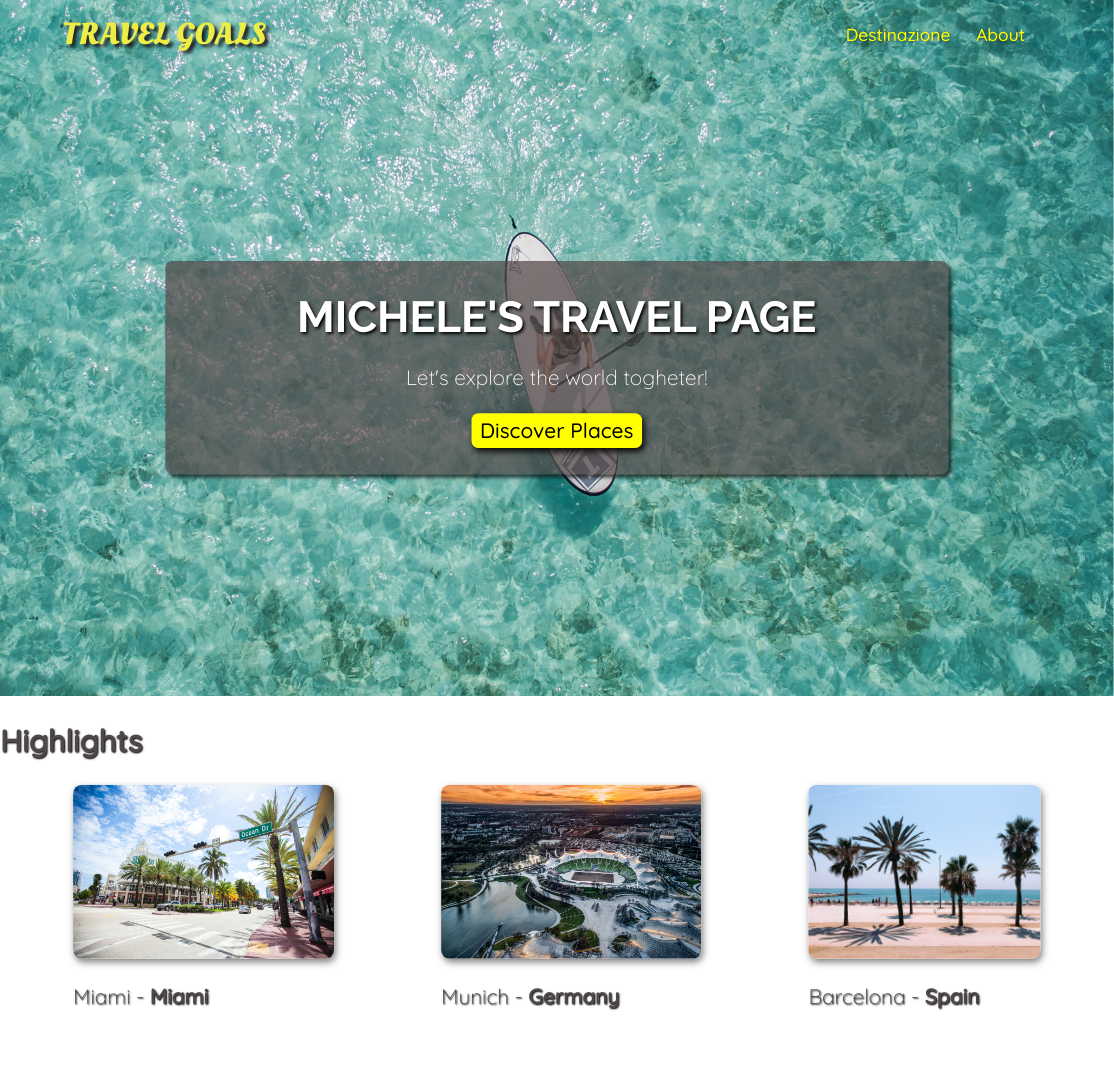
Repository: MicTomm/Travel-Goals
Page: index.html
These files come from the project's save history. The page is drawn as it stood at one moment and after the next save; the edit follows.
The browser window is 1280 px wide. The pictures show the whole page, at 87% of full size.

Above is the page before, as saved 2023-06-05 17:26:05.

### index.html
<!DOCTYPE html>
<html lang="it">

<head>
    <meta charset="UTF-8">
    <title>Travel Goals</title>
    <link rel="stylesheet"
        href="https://fonts.googleapis.com/css2?family=Raleway:wght@700&family=Oleo+Script:wght@700&family=Quicksand:wght@300;500&display=swap">
    <link href="styles/shared.css" rel="stylesheet">
    <link href="styles/main-page-style.css" rel="stylesheet">
</head>

<body>
    <header>
        <div id="logo">
            <a href="/index.html">Travel Goals</a>
        </div>
        <nav>
            <ul>
                <li><a href="/places.html">Destinazione</a></li>
                <li><a href="">About</a></li>
            </ul>
        </nav>
    </header>
    <main>
        <section id="hero-image-section">
            <div id="div-section1">
                <h1>Michele's Travel Page</h1>
                <p>Let's explore the world togheter!</p>
                <a href="/places.html">Discover Places</a>
            </div>
        </section>
        <section id="highlights">
            <h2>Highlights</h2>
            <ul id="destinations">
                <li class="destination">
                    <img src="images/places/miami.jpg" alt="Miami">
                    <p>Miami - <strong>Miami</strong></p>
                </li>
                <li class="destination">
                    <img src="/images/places/munich.jpg" alt="Munich">
                    <p>Munich - <strong>Germany</strong></p>
                </li>
                <li class="destination">
                    <img src="/images/places/barcelona.jpg" alt="Barcelona">
                    <p>Barcelona - <strong>Spain</strong></p>
                </li>
            </ul>
        </section>
    </main>
    <footer></footer>
</body>

</html>

### styles/shared.css
body {
    margin: 0px;
    font-family: 'Quicksand', sans-serif;
}

ul {
    list-style: none;
    padding: 0px;
    margin: 0px;
}

header {
    display: flex;
    justify-content: space-between;
    align-items: center;
    padding: 15px 60px;
    position: absolute;
    width: 100%;
    top: 0;
    left: 0;
    box-sizing: border-box;
}

header ul {
    margin: 10px;
    display: flex;
    justify-content: space-between;
    width: 250px;
}

header li {
    width: 100px;
}

header a {
    color: yellow;
    text-decoration: none;
    font-size: 20px;
    padding: 12px;
    text-shadow: 1px 1px 4px rgba(0, 0, 0, 0.5);
}

header a:hover {
    background-color: yellow;
    box-shadow: 2px 2px 4px rgba(0, 0, 0, 0.5);
    color: rgb(67, 60, 60);
    text-shadow: 1px 1px 2px rgb(0, 0, 0, 0.5);
    border-radius: 8px;
}

#logo a {
    font-family: 'Oleo script', sans-serif;
    font-size: 35px;
    text-decoration: none;
    color: rgb(237, 237, 70);
    text-shadow: 4px 4px 4px rgb(31, 29, 29);
    text-transform: uppercase;
}

#logo a:hover {
    background-color: transparent;

}

### styles/main-page-style.css
#hero-image-section {
    text-align: center;
    background-image: url("/images/places/ocean.jpg");
    background-position: center;
    background-size: cover;
    height: 800px;
    /* padding-top: 100px; (alternativa per spostare div-section1 più in basso)*/
}

#div-section1 {
    background-color: rgba(82, 70, 70, 0.7);
    box-shadow: 4px 4px 4px rgba(18, 18, 18, 0.7);
    width: 900px;
    margin: 0px auto;
    padding: 35px 0;
    border-radius: 8px;
    position: relative;
    top: 300px;
}

#div-section1 h1 {
    font-size: 50px;
    color: white;
    font-family: 'Raleway', sans-serif;
    text-shadow: 2px 2px 4px black;
    text-transform: uppercase;
    margin: 0px;
}

#div-section1 p {
    color: white;
    font-size: 24px;
    font-weight: 300;
    margin-bottom: 32px;
}

#div-section1 a{
 font-size: 24px;
 text-decoration: none;
 color: black;
 border-radius: 8px;
 background-color: yellow;
 padding: 5px 10px;
 box-shadow: 3px 4px 8px black;
}

#div-section1 a:hover{
    background-color: greenyellow;
    text-shadow: 1px 1px 2px rgba(0, 0, 0, 0.5);
}

#highlights ul{
    display: flex;
    width: 90%;
    margin: auto;
    justify-content: space-between;
    margin-bottom: 40px;
}

#highlights li{
   margin: 0px 20px;
}

#highlights img{
    height: 200px;
    box-shadow: 2px 4px 8px rgb(0, 0, 0, 0.5);
    border-radius: 10px;
    width: 100%;
    object-fit: cover;
}

#highlights h2{
    font-size: 35px;
    text-shadow: 1px 1px 2px black;
    color: rgb(79, 72, 72);
}

#highlights p{
    color: rgb(79, 72, 72);
    text-shadow: 1px 1px 2px black;
    font-size: 24px;
    font-weight: 300;
    margin-bottom: 32px;
}

After the next save:
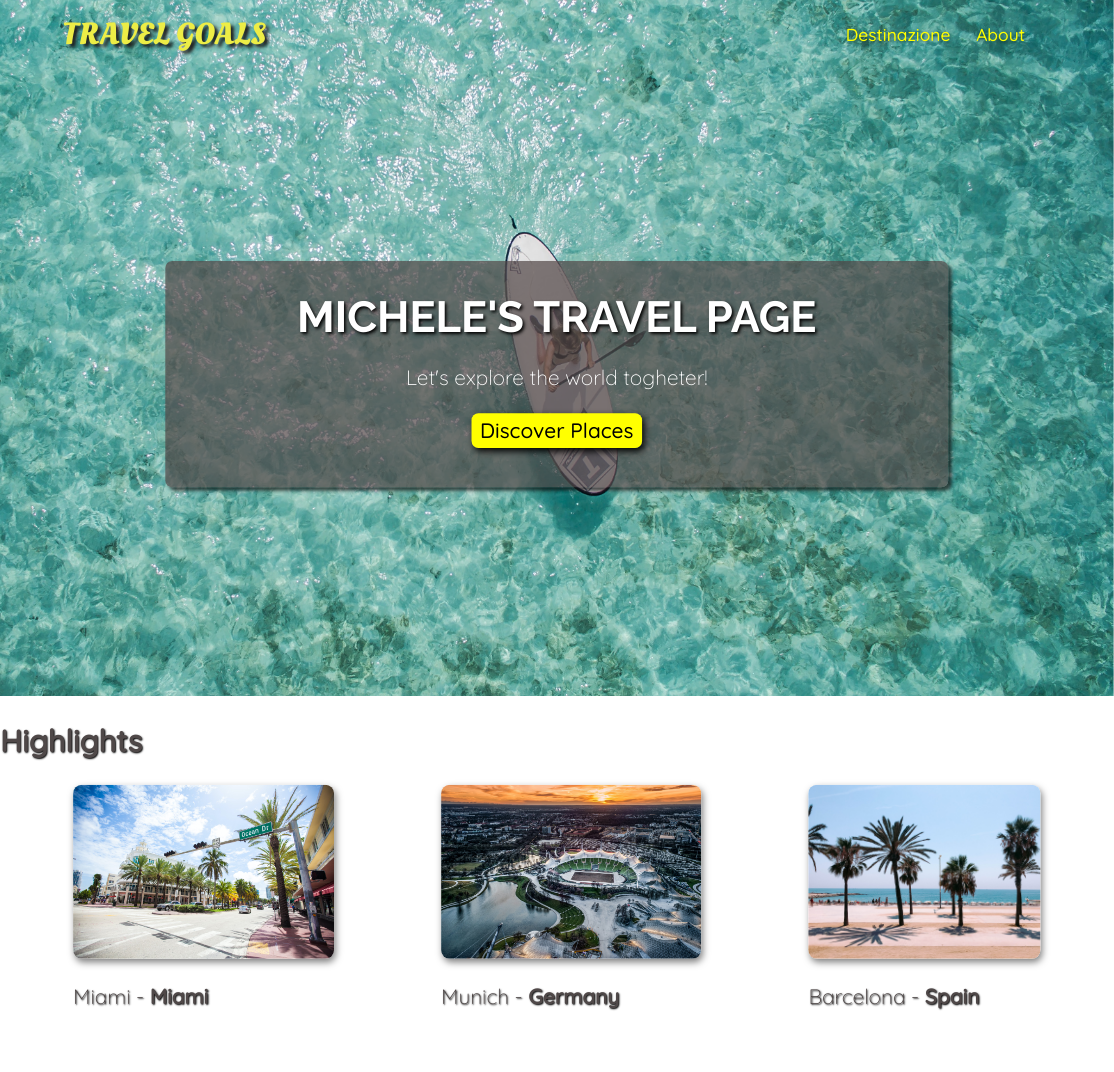
Saved 108 s later.
--- a/styles/main-page-style.css
+++ b/styles/main-page-style.css
@@ -12,7 +12,7 @@
     box-shadow: 4px 4px 4px rgba(18, 18, 18, 0.7);
     width: 900px;
     margin: 0px auto;
-    padding: 35px 0;
+    padding: 35px 0 50px 0;
     border-radius: 8px;
     position: relative;
     top: 300px;
